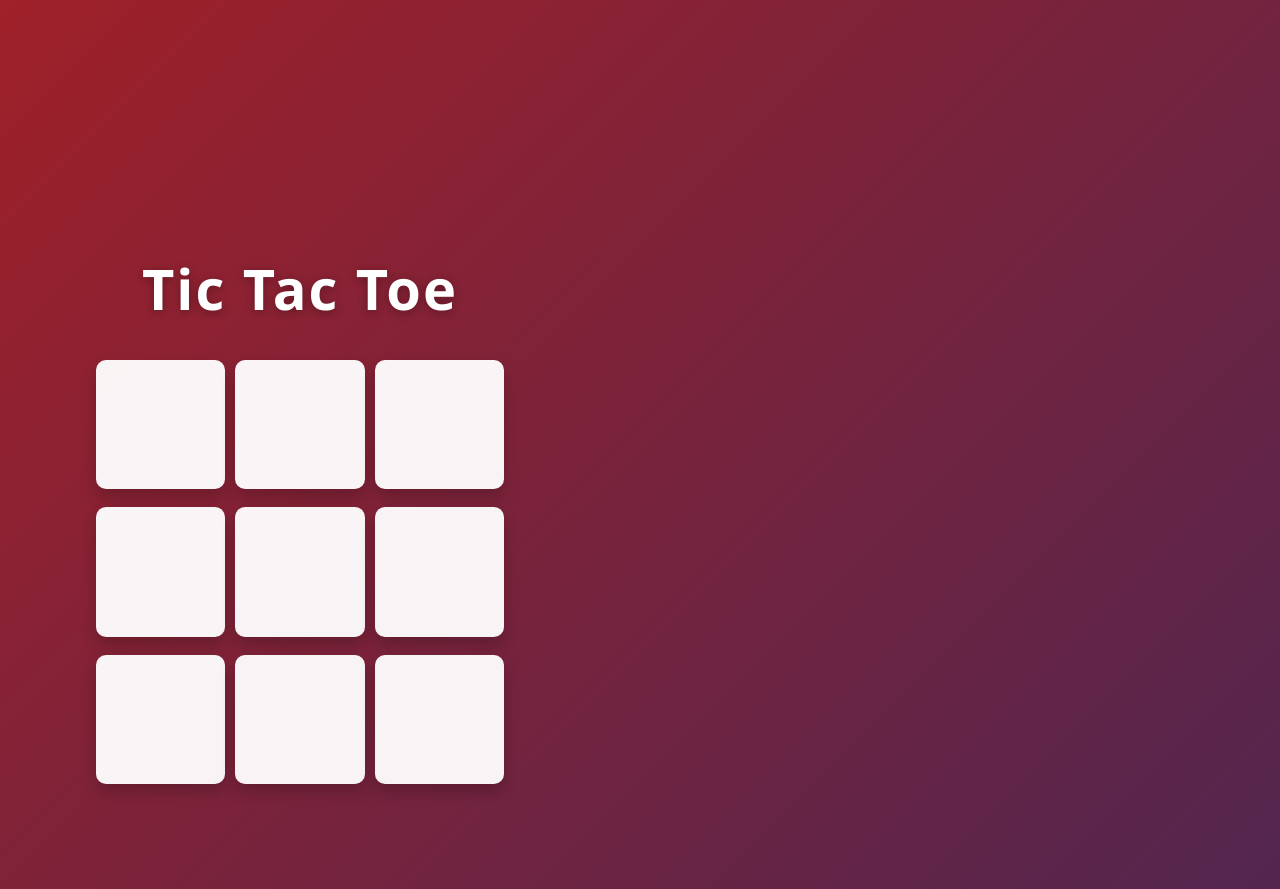
Repository: AreezAnsari/Tic-Tac-Toe
Page: Game/Game.html
The author's editor kept a copy of each file at every save. The page is drawn from the files as they stood at one save, then again after the next save.
The browser window is 1280 px wide. The pictures show the whole page.

Above is the page before, as saved 2025-07-22 07:09:18.
Console error: TypeError: box.addEventListener is not a function

After the next save:
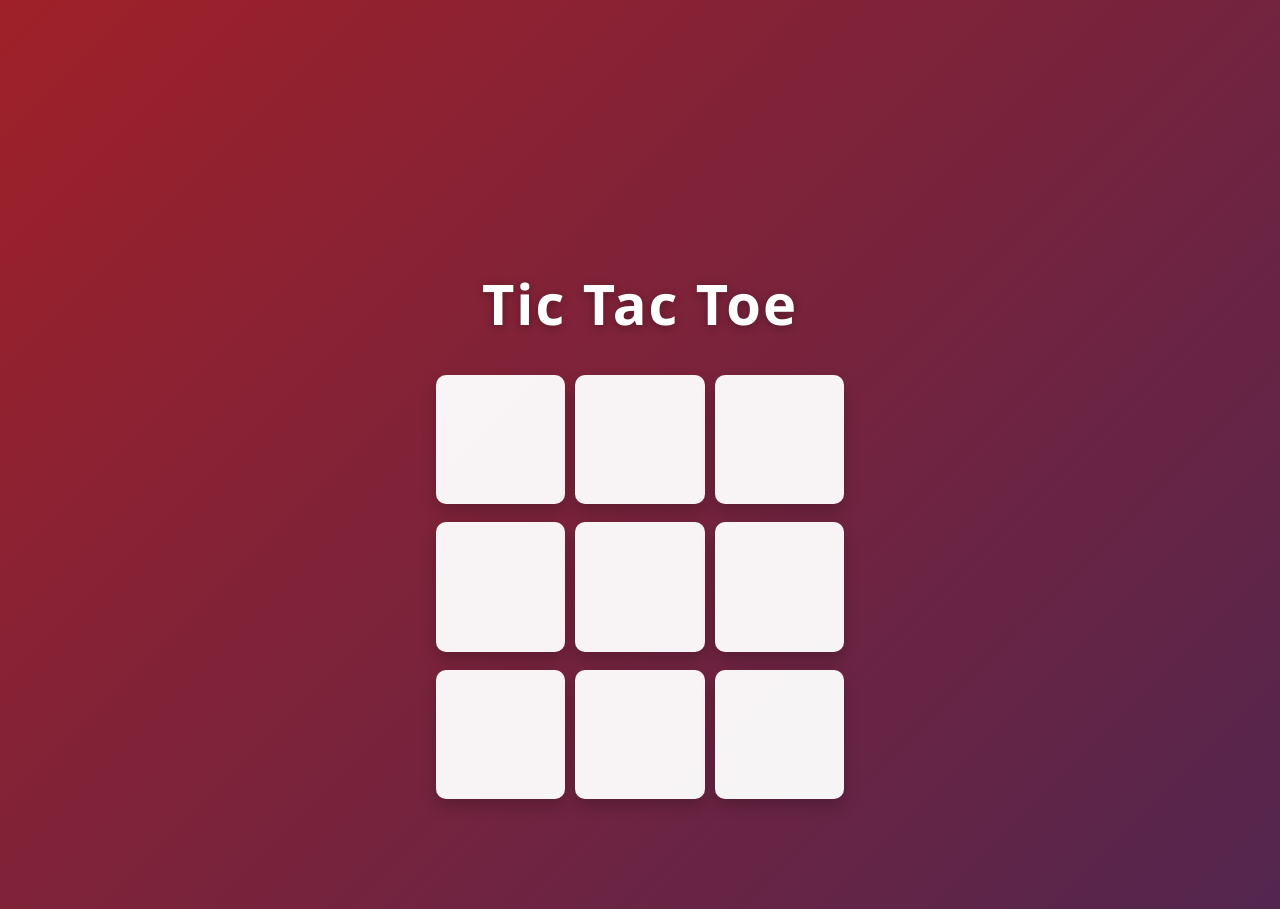
Saved 6 s later.
--- a/Game/Game.css
+++ b/Game/Game.css
@@ -1,7 +1,7 @@
 * {
-  margin: 0;
-  padding: 0;
-  box-sizing: border-box;
+    margin: 0;
+    padding: 0;
+    box-sizing: border-box;
 }
 
 body {
@@ -10,16 +10,13 @@
     background-size: 400% 400%;
     animation: gradientBG 15s ease infinite;
     font-family: 'Segoe UI', Tahoma, Geneva, Verdana, sans-serif;
-
-    /* REMOVE THESE ↓↓↓ */
-    /* min-height: 100vh; */
-    /* display: flex; */
-    /* flex-direction: column; */
-    /* align-items: center; */
-    /* justify-content: center; */
-
-    padding: 20px 0 0; /* Top padding only */
+    min-height: 100vh;
+    display: flex;
+    flex-direction: column;
+    align-items: center;
+    justify-content: flex-start;
     color: #ffffff;
+    padding: 5px 20px;
 }
 
 @keyframes gradientBG {
@@ -37,13 +34,15 @@
 }
 
 .container {
-    margin-top: 30px; /* Controls top space */
+    text-align: center;
+    height: auto;
+    display: flex;
+    flex-direction: column;
+    align-items: center;
+    justify-content: center;
+    max-width: 600px;
     width: 100%;
-    max-width: 600px;
-    display: flex;
-    flex-direction: column;
-    align-items: center; /* ✅ This centers the inner content horizontally */
-    justify-content: center;
+    margin-top: 40px;
 }
 
 .game {
